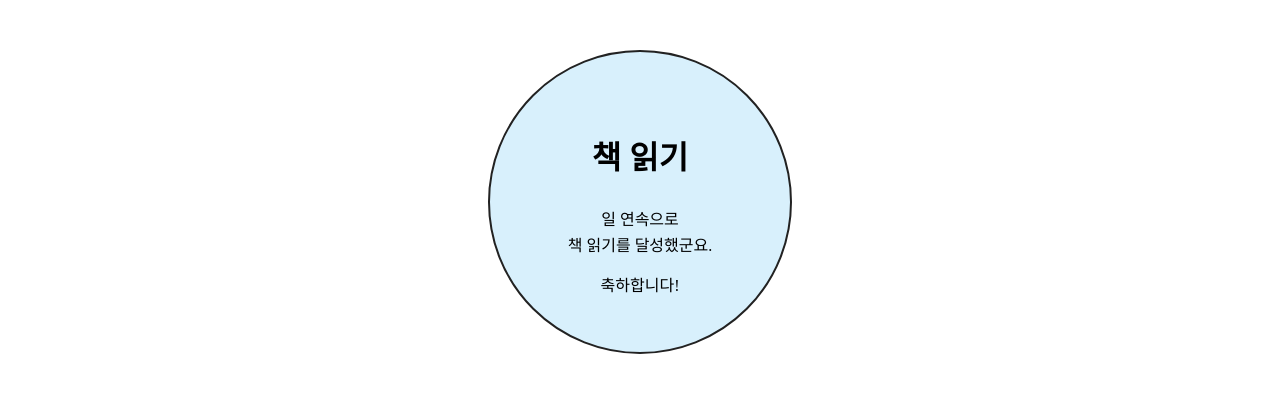
Repository: ady0099/webstudy
Page: 03_javascript/src/main/webapp/day03/ex03_date.html
The author's editor kept a copy of each file at every save. The page is drawn from the files as they stood at one save, then again after the next save.
The browser window is 1280 px wide. The pictures show the whole page.

Above is the page before, as saved 2023-06-29 02:46:22.
Console error: TypeError: Cannot set properties of null (setting 'innerHTML')

### 03_javascript/src/main/webapp/day03/ex03_date.html
<!DOCTYPE html>
<html>
	<head>
		<meta charset="UTF-8">
		<title>독서 챌린지</title>
		<style>
		#container{
		  margin:50px auto;
		  width:300px;
		  height:300px;
		  border-radius:50%;
		  border:2px double #222;
		  background-color:#d8f0fc;
		  text-align: center;
		}
		h1 {
		  margin-top:80px;
		}
		.accent {
		  font-size:1.8em;
		  font-weight:bold;
		  color:red;
		}
		</style>
		<script type="text/javascript">
			var now = new Date();					// 오늘 날짜
			var firstDay = new Date("2023-04-25");	// 시작 날짜
		  	var toNow = now.getTime();   			// 오늘까지 지난 시간 (밀리초)
		  	var toFirst = firstDay.getTime();		// 시작날짜까지 지난 시간 (밀리초)

		  	// console.log("toNow : " + toNow);
		  	var result = toNow - toFirst ;

		  	// 밀리초를 다시 일수로 계산하고 반올림
		  	result = (result/(1000*60*60*24)).toFixed(0);
		  	// result = Math.round(result/(1000*60*60*24)); // Math.round() => 반올림, Math.random() => 난 수 (0.0-1.0미만)

			document.getElementById("result").innerHTML = result;

		</script>
	</head>
	<body>
		<div id="container">
			<h1>책 읽기</h1>
			<p><span class="accent" id="result"></span>일 연속으로 <br> 책 읽기를 달성했군요.</p>
			<p>축하합니다!</p>
		</div>
	</body>
</html>

After the next save:
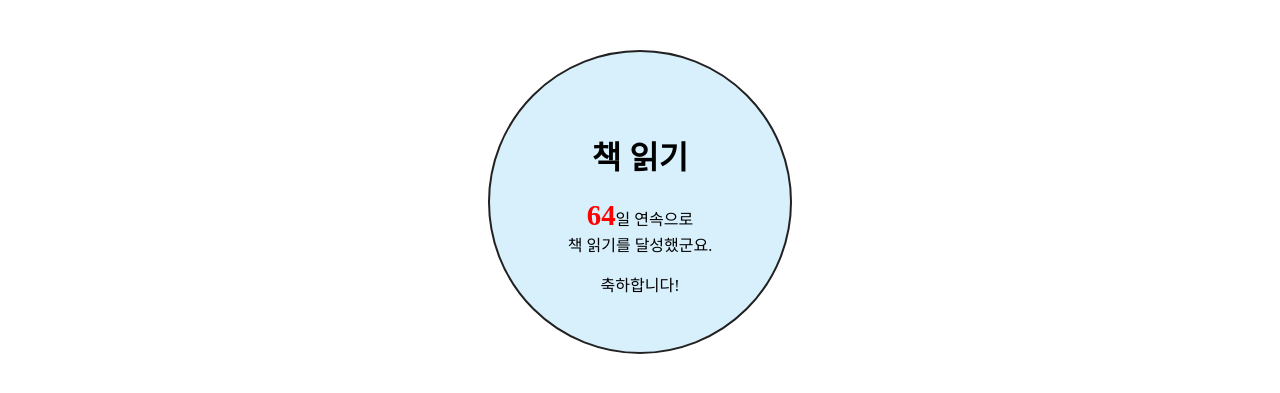
The error is gone.
Saved 26 s later.
--- a/03_javascript/src/main/webapp/day03/ex03_date.html
+++ b/03_javascript/src/main/webapp/day03/ex03_date.html
@@ -22,7 +22,16 @@
 		  color:red;
 		}
 		</style>
-		<script type="text/javascript">
+
+	</head>
+	<body>
+		<div id="container">
+			<h1>책 읽기</h1>
+			<p><span class="accent" id="result"></span>일 연속으로 <br> 책 읽기를 달성했군요.</p>
+			<p>축하합니다!</p>
+		</div>
+	</body>
+			<script type="text/javascript">
 			var now = new Date();					// 오늘 날짜
 			var firstDay = new Date("2023-04-25");	// 시작 날짜
 		  	var toNow = now.getTime();   			// 오늘까지 지난 시간 (밀리초)
@@ -38,12 +47,4 @@
 			document.getElementById("result").innerHTML = result;
 
 		</script>
-	</head>
-	<body>
-		<div id="container">
-			<h1>책 읽기</h1>
-			<p><span class="accent" id="result"></span>일 연속으로 <br> 책 읽기를 달성했군요.</p>
-			<p>축하합니다!</p>
-		</div>
-	</body>
 </html>
